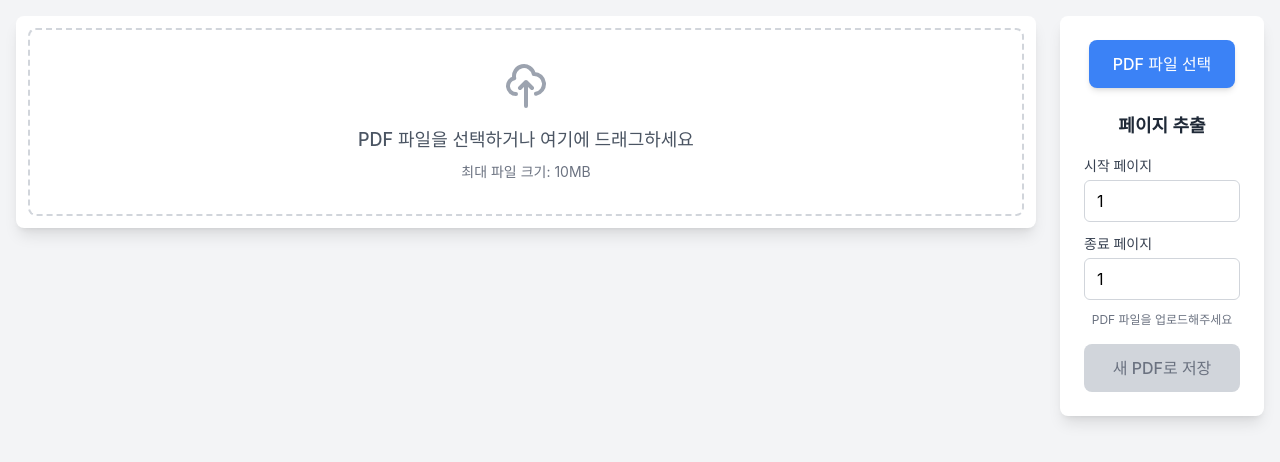
Repository: orcaCrew/PDF-Handler
Page: /
An editor plug-in stored every save of this project. The page is shown before and after the next save, followed by the edit.
The browser window is 1280 px wide. The pictures show the whole page.
The project was rebuilt for these pictures with package versions that can differ from the ones it lists, and the page was loaded fresh each time.

Above is the page before, as saved 2025-07-21 13:40:42.

After the next save:
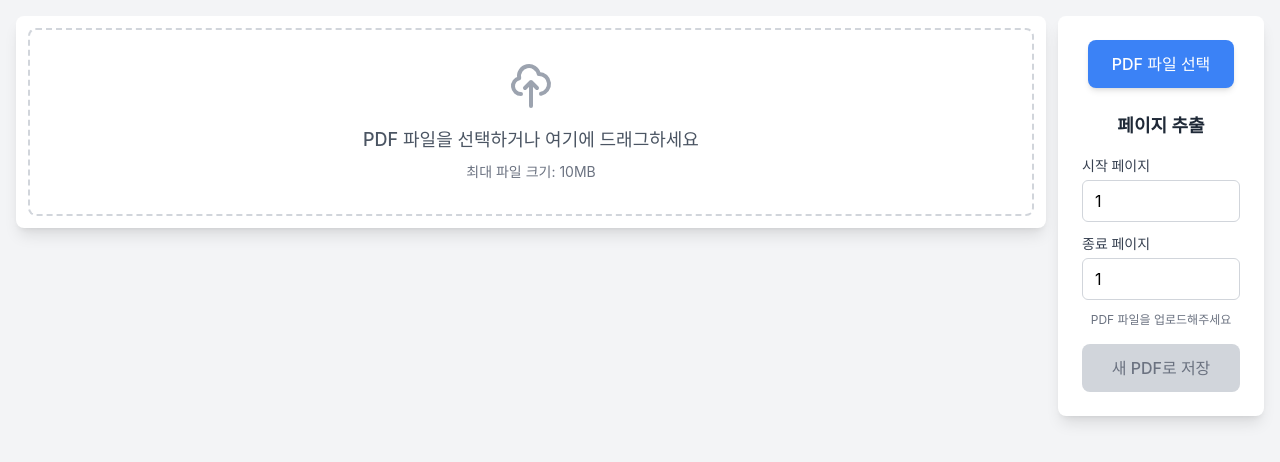
Saved 17 s later.
--- a/src/App.js
+++ b/src/App.js
@@ -155,7 +155,7 @@ function App() {
   return (
     <div className="min-h-screen bg-gray-100 py-4">
       <div className="max-w-7xl mx-auto px-4 space-y-6">
-        <div className="flex flex-col lg:flex-row gap-6">
+        <div className="flex flex-col lg:flex-row gap-3">
           {/* 페이지 리스트와 미리보기 영역 */}
           <div className="lg:w-5/6">
             <div className="bg-white rounded-lg shadow-lg p-3">
